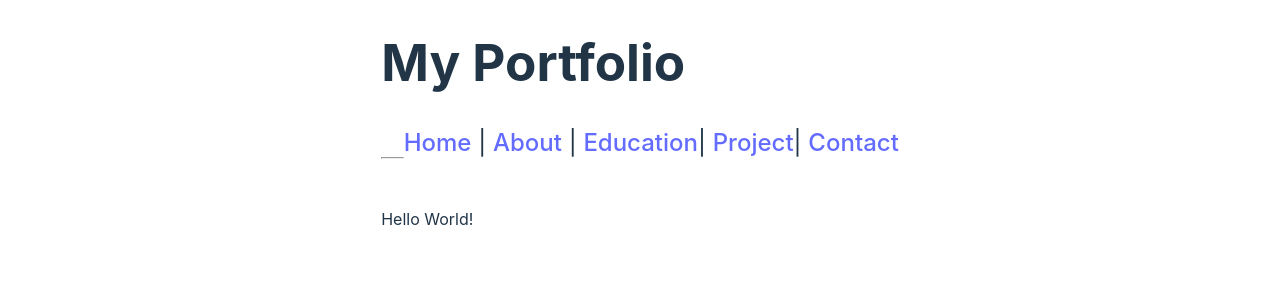
Repository: Eddie000321/portfolio
Page: / (app in client/)
An editor plug-in stored every save of this project. The page is shown before and after the next save, followed by the edit.
The browser window is 1280 px wide. The pictures show the whole page.
The project was rebuilt for these pictures with package versions that can differ from the ones it lists, and the page was loaded fresh each time. Also part of the build but not shown: client/vite.config.js, client/src/about.jsx, client/src/contact.jsx, client/src/education.jsx, client/src/project.jsx.

Above is the page before, as saved 2025-05-10 09:30:02.

After the next save:
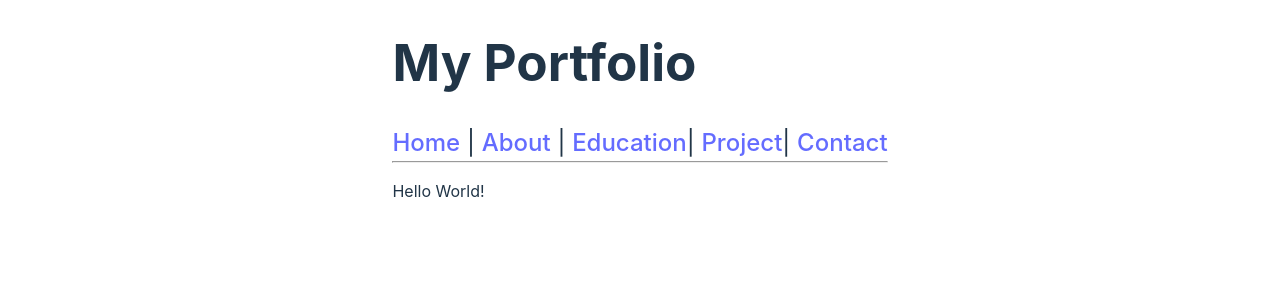
Saved 24 s later.
--- a/client/components/Layout.jsx
+++ b/client/components/Layout.jsx
@@ -1,17 +1,17 @@
 import React from "react";
 import { Link } from "react-router-dom";
+
 export default function Layout() {
   return (
     <>
-            <h1>My Portfolio</h1>     {" "}
+      <h1>My Portfolio</h1>
       <nav>
-                <Link to="/">Home</Link> | <Link to="/about">About</Link> |{" "}
+        <Link to="/">Home</Link> | <Link to="/about">About</Link> |{" "}
         <Link to="/education">Education</Link>|{" "}
         <Link to="/project">Project</Link>| <Link to="/contact">Contact</Link>
-           {" "}
       </nav>
-               <br />
-            <hr />         {" "}
+      <br />
+      <hr />
     </>
   );
 }
